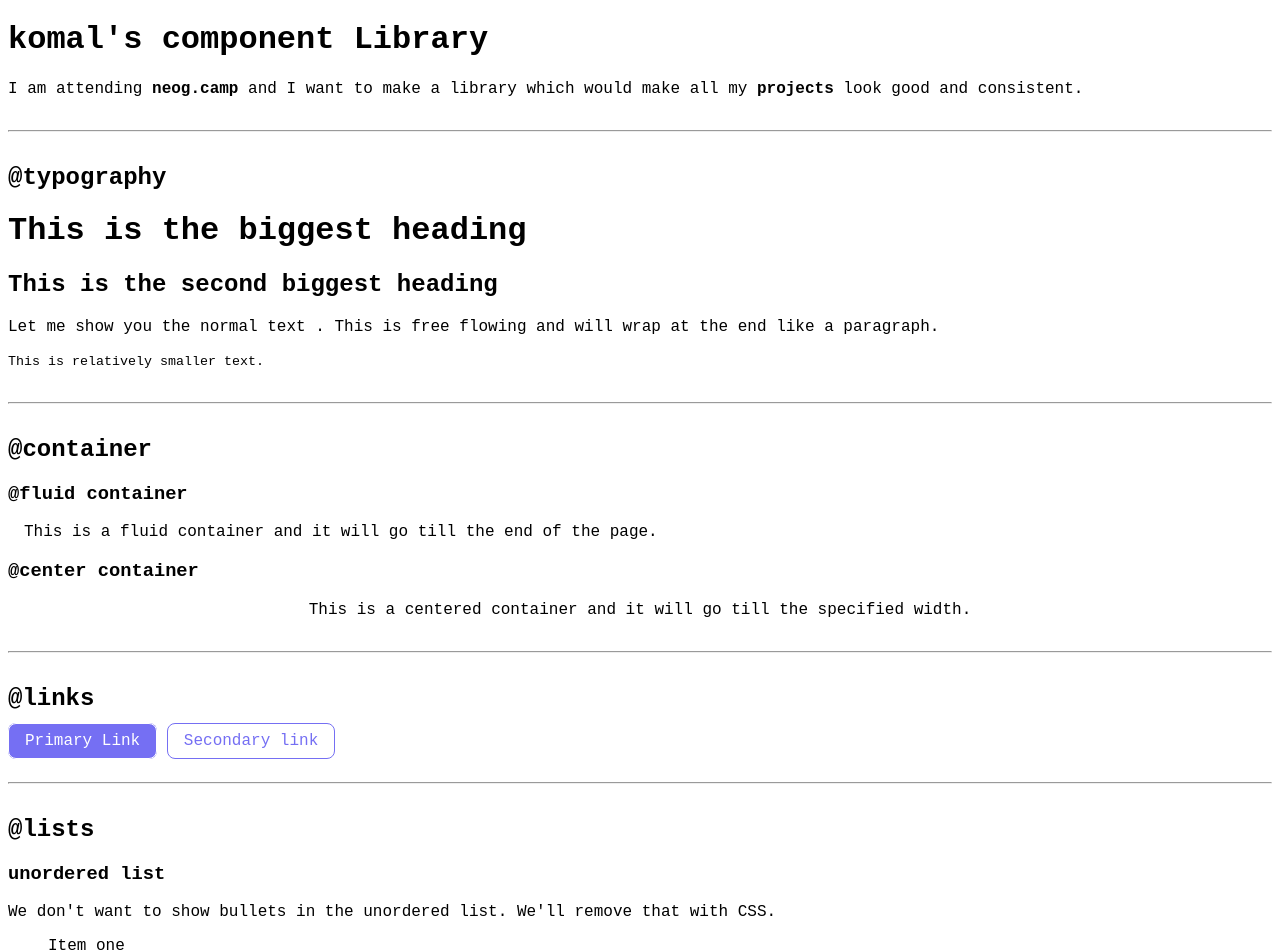
Repository: nihalani20/KomalNihalani-Portfolio
Page: index.html
An editor plug-in stored every save of this project. The page is shown before and after the next save, followed by the edit.
The browser window is 1280 px wide. The pictures show the part of the page from y = 0 to 952 px (the page is 2714 px tall before and 2664 px after).
A picture or video elsewhere on the page could not be fetched, so the positions and the page height are approximate.

Above is the page before, as saved 2023-10-29 15:09:08.

After the next save:
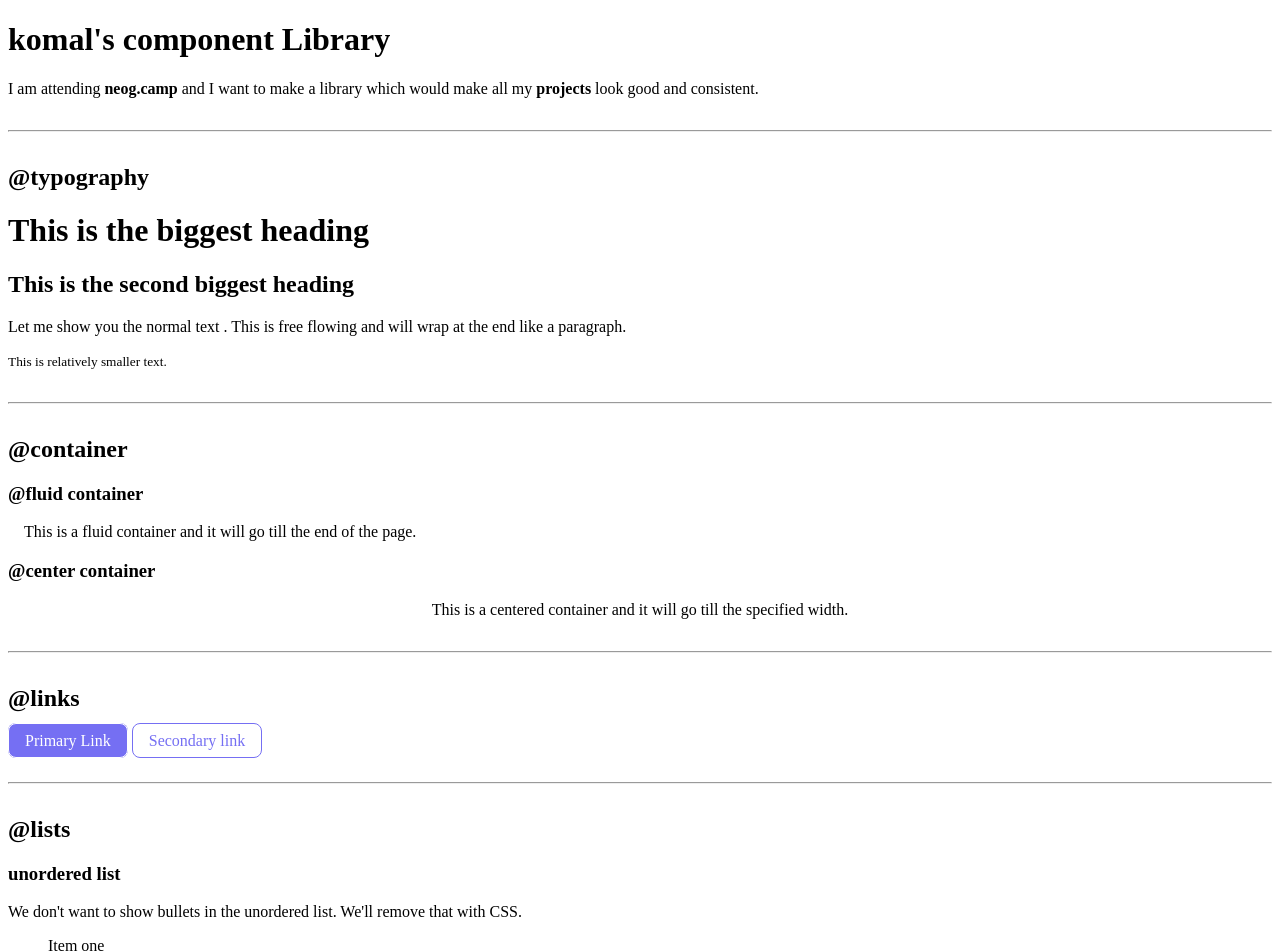
Saved 4 min 58 s later.
--- a/style.css
+++ b/style.css
@@ -12,7 +12,7 @@
 /* typography */
 body
 {
-    font-family: 'Source Code Pro', monospace;
+
 
 
 }
